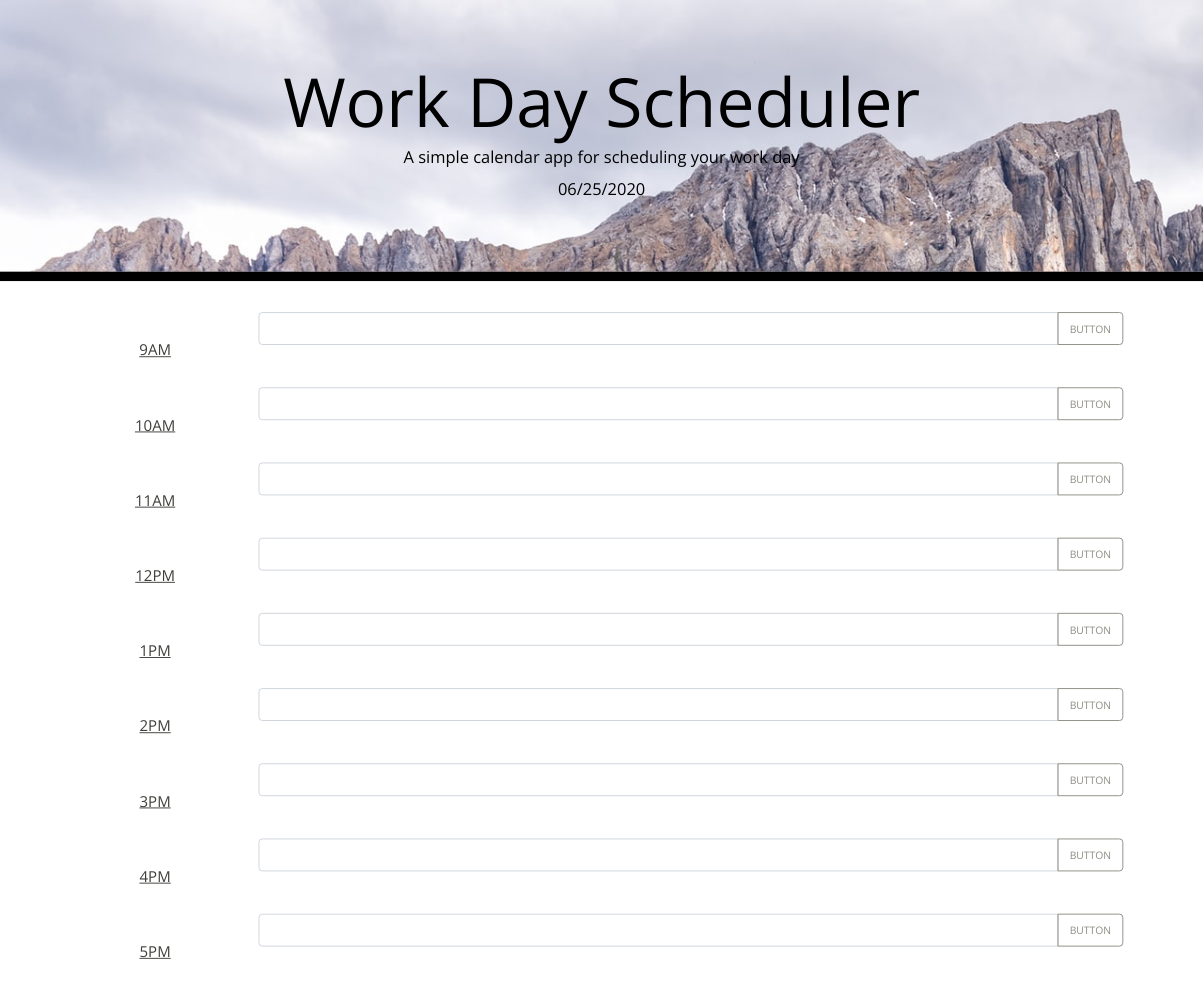
Repository: himaja830/Day-Planner
Page: Develop/index.html
An editor plug-in stored every save of this project. The page is shown before and after the next save, followed by the edit.
The browser window is 1280 px wide. The pictures show the whole page, at 94% of full size.
Some web libraries are served in a nearby version.

Above is the page before, as saved 2020-06-25 15:07:04.

After the next save:
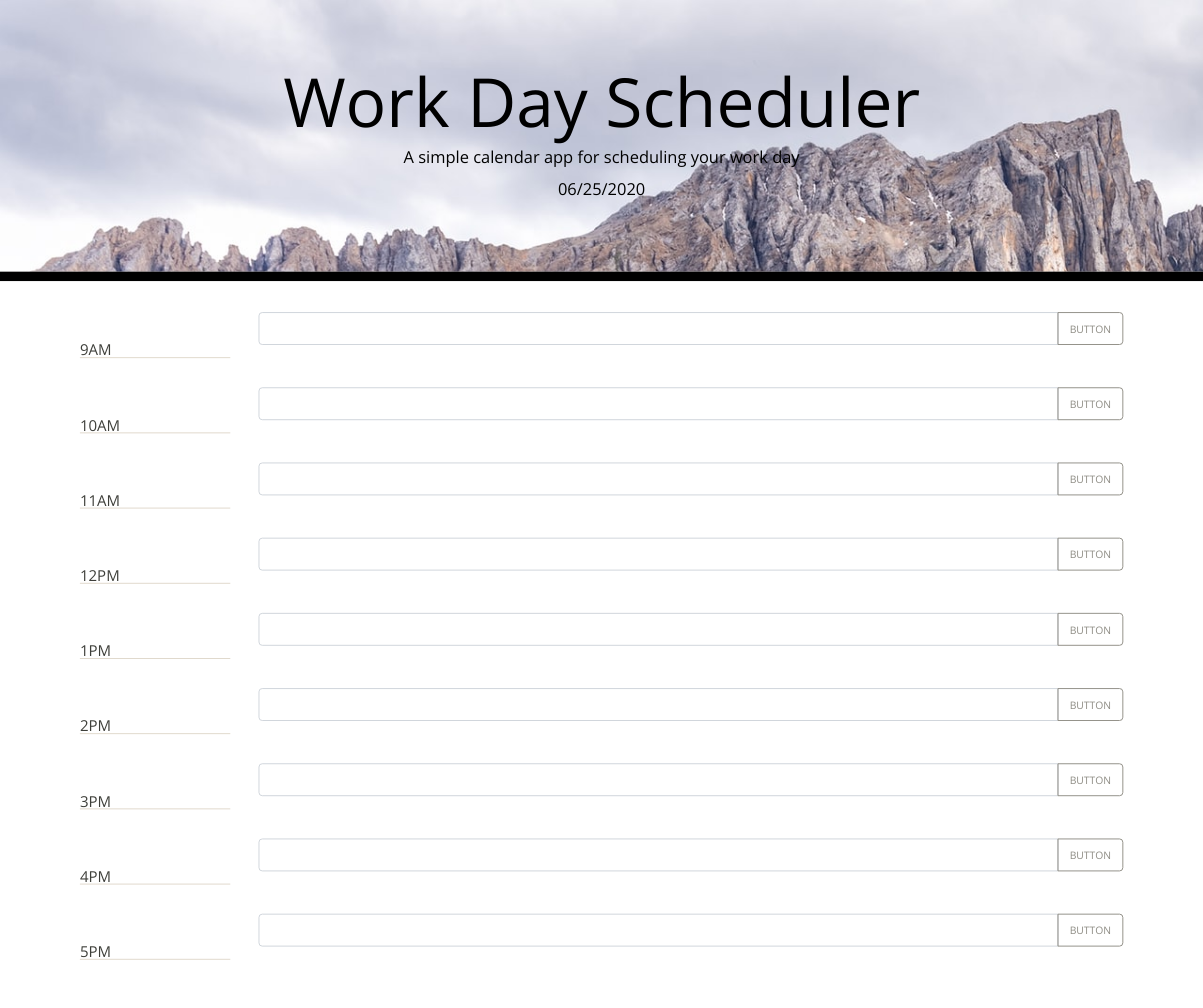
Saved 5 min 48 s later.
--- a/Develop/index.html
+++ b/Develop/index.html
@@ -26,7 +26,7 @@
     <form></form>
     <div class="row">
       <div class="col-2">
-        <p class= "time">9AM</p>
+        <p class= "border-bottom">9AM</p>
       </div>
       <div class="input-group mb-3 col-10">
         <input type="text" class="form-control"  aria-label="Recipient's username"
@@ -40,7 +40,7 @@
     <form>
       <div class="row">
         <div class="col-2">
-          <p class="time">10AM</p>
+          <p class="border-bottom">10AM</p>
         </div>
         <div class="input-group mb-3 col-10">
           <input type="text" class="form-control"  aria-label="Recipient's username"
@@ -53,7 +53,7 @@
     </form>
     <div class="row">
       <div class="col-2">
-        <p class="time">11AM</p>
+        <p class="border-bottom">11AM</p>
       </div>
       <div class="input-group mb-3 col-10">
         <input type="text" class="form-control"  aria-label="Recipient's username"
@@ -68,7 +68,7 @@
     <form>
       <div class="row">
         <div class="col-2" >
-          <p class="time">12PM</p>
+          <p class="border-bottom">12PM</p>
         </div>
         <div class="input-group mb-3 col-10">
           <input type="text" class="form-control"  aria-label="Recipient's username"
@@ -83,7 +83,7 @@
     <form>
       <div class="row">
         <div class="col-2">
-          <p class="time">1PM</p>
+          <p class="border-bottom">1PM</p>
         </div>
         <div class="input-group mb-3 col-10">
           <input type="text" class="form-control"  aria-label="Recipient's username"
@@ -98,7 +98,7 @@
     <form>
       <div class="row">
         <div class="col-2">
-          <p class="time">2PM</p>
+          <p class="border-bottom">2PM</p>
         </div>
         <div class="input-group mb-3 col-10">
           <input type="text" class="form-control"  aria-label="Recipient's username"
@@ -112,7 +112,7 @@
     <form>
       <div class="row">
         <div class="col-2">
-          <p class="time">3PM</p>
+          <p class="border-bottom">3PM</p>
         </div>
         <div class="input-group mb-3 col-10">
           <input type="text" class="form-control"  aria-label="Recipient's username"
@@ -127,7 +127,7 @@
     <form>
       <div class="row">
         <div class="col-2">
-          <p class="time">4PM</p>
+          <p class="border-bottom">4PM</p>
         </div>
         <div class="input-group mb-3 col-10">
           <input type="text" class="form-control"  aria-label="Recipient's username"
@@ -142,7 +142,7 @@
     <form>
       <div class="row">
         <div class="col-2">
-          <p class="time">5PM</p>
+          <p class="border-bottom">5PM</p>
         </div>
         <div class="input-group mb-3 col-10">
           <input type="text" class="form-control"  aria-label="Recipient's username"
